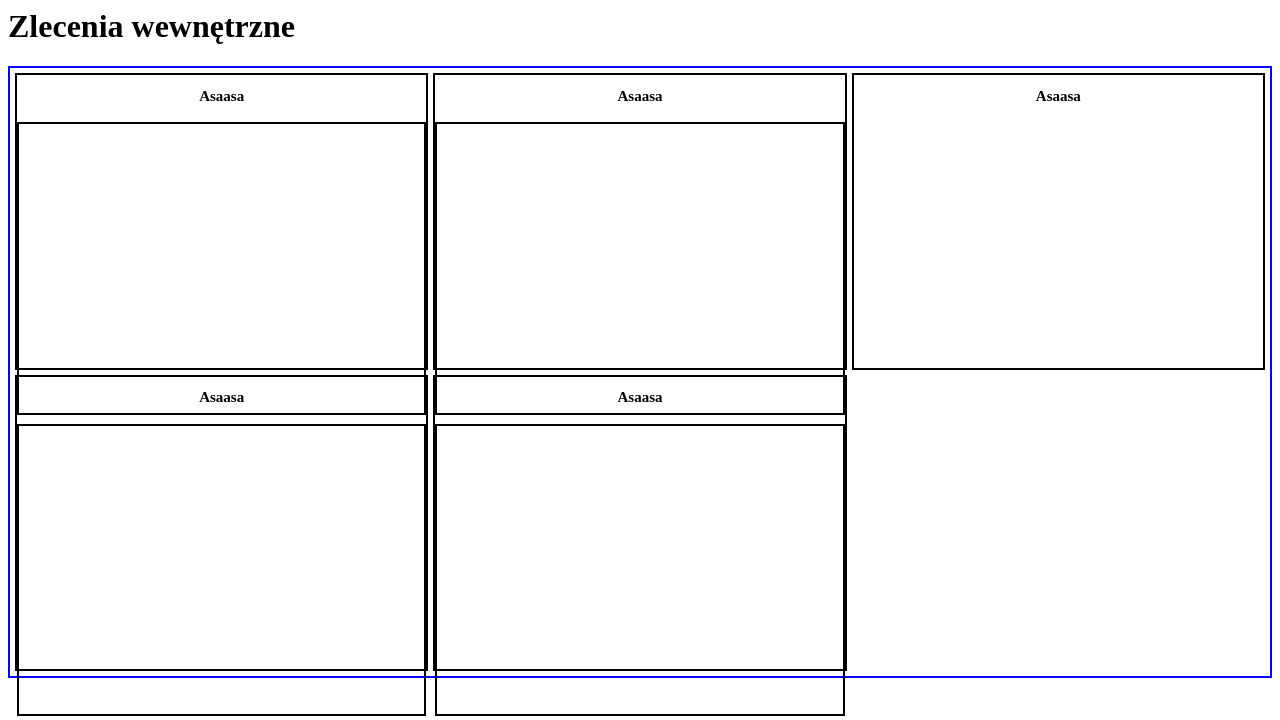
Repository: emdes515/EHpanel
Page: html/dashboardZleceniaWewnetrzne.html
An editor plug-in stored every save of this project. The page is shown before and after the next save, followed by the edit.
The browser window is 1280 px wide. The pictures show the whole page.

Above is the page before, as saved 2024-04-18 09:17:38.
Console error: ReferenceError: $ is not defined

After the next save:
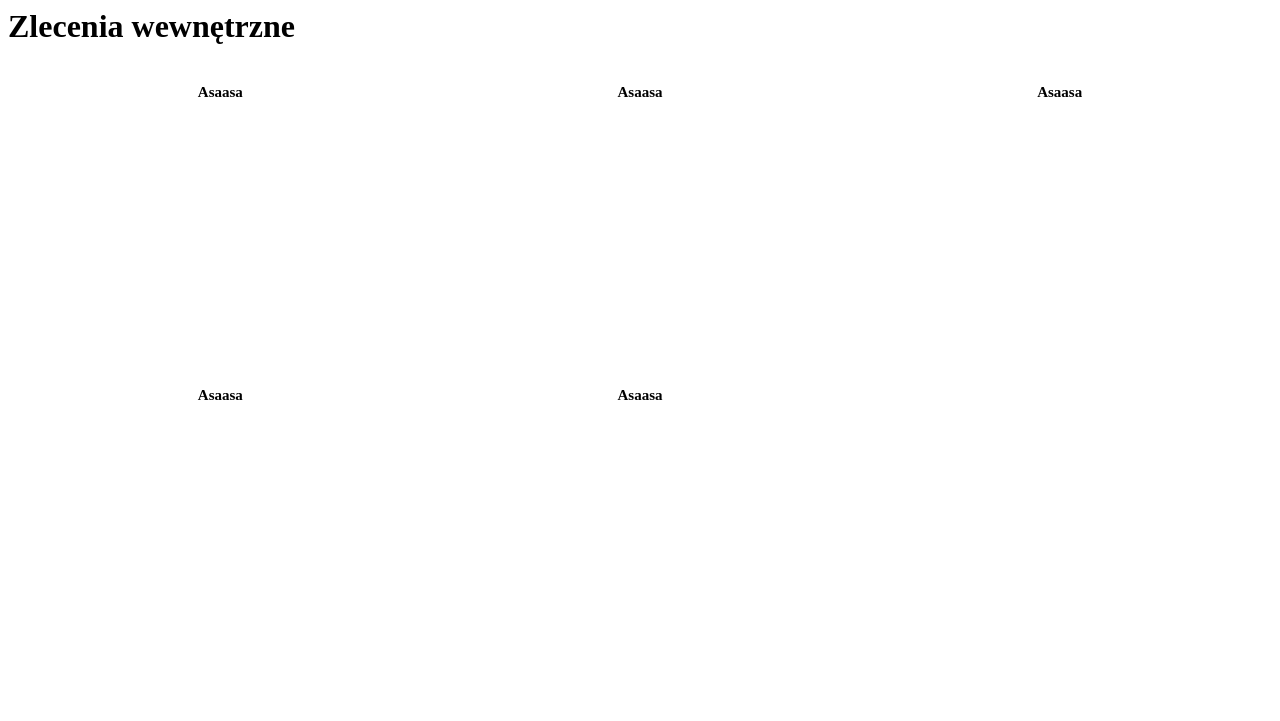
Saved 12 s later.
--- a/html/dashboardZleceniaWewnetrzne.html
+++ b/html/dashboardZleceniaWewnetrzne.html
@@ -16,19 +16,16 @@
 		height: 85vh;
 		padding: 5px;
 		gap: 5px;
-		border: 2px solid blue;
 	}
 
 	.element {
 		width: 100%;
 		height: 100%;
-		border: 2px solid black;
 	}
 
 	.elementPulpit {
 		width: 100%;
 		height: 100%;
-		border: 2px solid black;
 	}
 </style>
 
